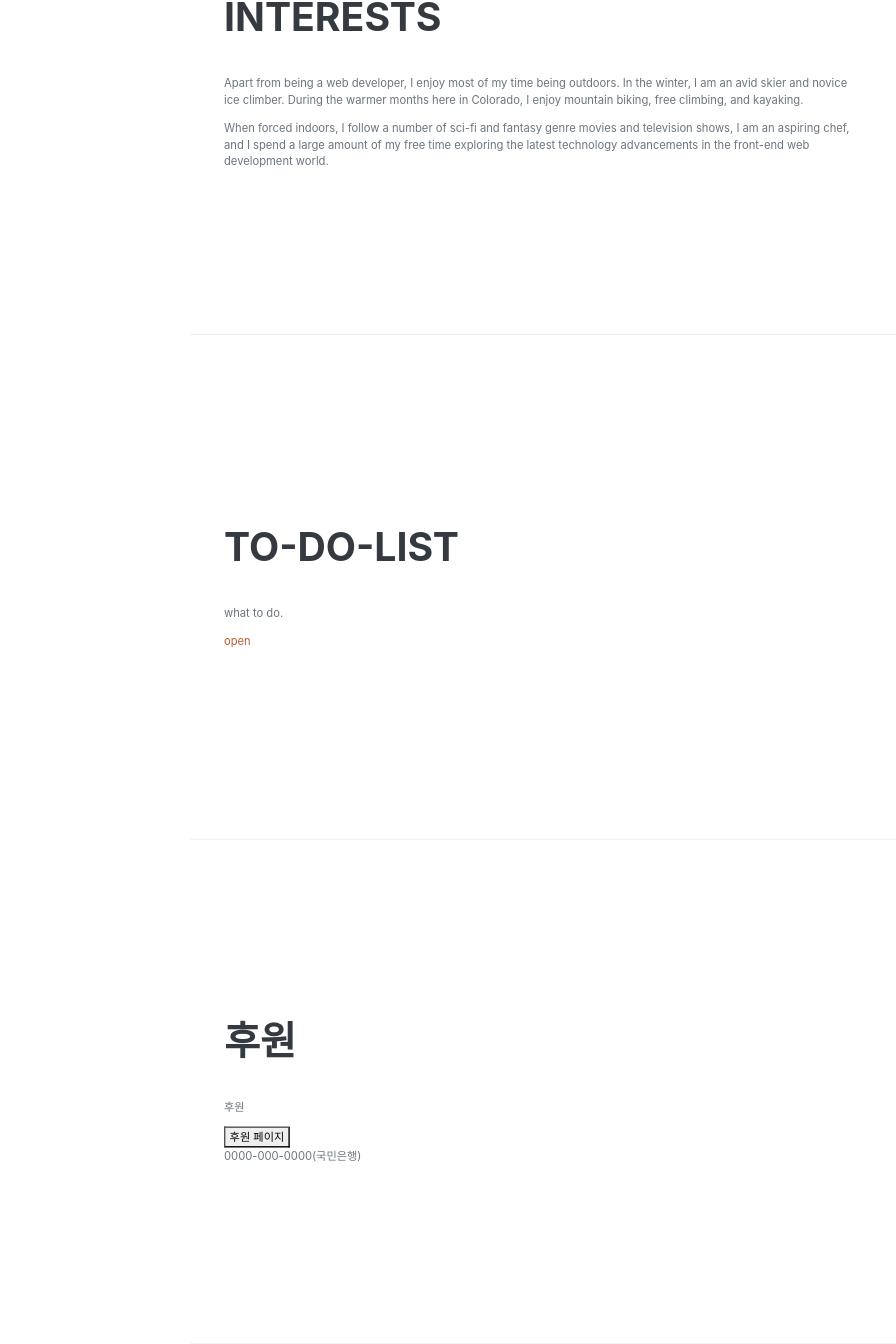
Repository: minsuk1/portfolio
Page: index.html
These files come from the project's save history. The page is drawn as it stood at one moment and after a run of saves; the edit follows.
The browser window is 1280 px wide. The pictures show the part of the page from y = 3396 to 5316 px (the page is 5316 px tall), at 70% of full size.
Some web fonts or font styles are not loaded; a fallback is used.

Above is the page before, as saved 2021-01-01 11:48:14.

### index.html
<!DOCTYPE html>
<html lang="en">
    <head>
        <meta charset="utf-8" />
        <link rel="icon" type="image/x-icon" href="assets/img/favicon.ico" />
        <!-- Font Awesome icons (free version)-->
        <script src="https://use.fontawesome.com/releases/v5.15.1/js/all.js" crossorigin="anonymous"></script>
        <!-- Google fonts-->
        <link href="https://fonts.googleapis.com/css?family=Saira+Extra+Condensed:500,700" rel="stylesheet" type="text/css" />
        <link href="https://fonts.googleapis.com/css?family=Muli:400,400i,800,800i" rel="stylesheet" type="text/css" />
        <!-- Core theme CSS (includes Bootstrap)-->
        <link href="css/styles.css" rel="stylesheet" />
    </head>
    <body id="page-top">
        <!-- Navigation-->
        <nav class="navbar navbar-expand-lg navbar-dark bg-primary fixed-top" id="sideNav">
            <a class="navbar-brand js-scroll-trigger" href="#page-top">
                <span class="d-none d-lg-block"><img class="img-fluid img-profile rounded-circle mx-auto mb-2" src="assets/img/profile.jpg" alt="" /></span>
            </a>
            <button class="navbar-toggler" type="button" data-toggle="collapse" data-target="#navbarSupportedContent" aria-controls="navbarSupportedContent" aria-expanded="false" aria-label="Toggle navigation"><span class="navbar-toggler-icon"></span></button>
            <div class="collapse navbar-collapse" id="navbarSupportedContent">
                <ul class="navbar-nav">
                    <li class="nav-item"><a class="nav-link js-scroll-trigger" href="#about">About</a></li>
                    <li class="nav-item"><a class="nav-link js-scroll-trigger" href="#experience">Experience</a></li>
                    <li class="nav-item"><a class="nav-link js-scroll-trigger" href="#education">Education</a></li>
                    <li class="nav-item"><a class="nav-link js-scroll-trigger" href="#skills">Skills</a></li>
                    <li class="nav-item"><a class="nav-link js-scroll-trigger" href="#interests">Interests</a></li>
                </ul>
            </div>
        </nav>
        <!-- Page Content-->
        <div class="container-fluid p-0">
            <!-- About-->
            <section class="resume-section" id="about">
                <div class="resume-section-content">
                    <h1 class="mb-0">
                        Portfolio
                        <span class="text-primary">오민석</span>
                    </h1>
                    <div class="subheading mb-5">
                                  010-6265-6918
                        <a href="mailto:name@email.com">palt1230@email.com</a>
                    </div>
                    <p class="lead mb-5"></p>
                    <div class="social-icons">
                        <a class="social-icon" href="https://github.com/minsuk1"><i class="fab fa-github"></i></a>
                        <a class="social-icon" href="https://velog.io/@minsuk"><i class="fas fa-envelope-open-text"></i></i></a>
                        <a class="social-icon" href="#"><i class="fab fa-facebook-f"></i></a>
                    </div>
                </div>
            </section>
            <hr class="m-0" />
            <!-- Experience-->
            <section class="resume-section" id="experience">
                <div class="resume-section-content">
                    <h2 class="mb-5">Experience</h2>
                    <div class="d-flex flex-column flex-md-row justify-content-between mb-5">
                        <div class="flex-grow-1">
                            <h3 class="mb-0">삼정KPMG 인턴</h3>
                            <div class="subheading mb-3">Data Engineer</div>
                            <ul>
                                <li>데이터 ETL : MSSQL에서 데이터 전처리</li>
                                <li>QA : 사내 AI 감사 솔루션 플랫폼(Clara) QA</li>
                            </ul>

                        </div>
                        <div class="flex-shrink-0"><span class="text-primary">2020년 12월 ~ 현재</span></div>
                    </div>
                    <div class="d-flex flex-column flex-md-row justify-content-between mb-5">
                        <div class="flex-grow-1">
                            <h3 class="mb-0">핀테크 교육</h3>
                            <div class="subheading mb-3">대외 교육</div>
                            <p>4차 산업혁명 시대에 맞는 코스콤 수행, 금융위원회 주관 핀테크 교육</p>
                        </div>
                        <div class="flex-shrink-0"><span class="text-primary">2020년 7월 ~ 2020년 8월</span></div>
                    </div>
                    <div class="d-flex flex-column flex-md-row justify-content-between mb-5">
                        <div class="flex-grow-1">
                            <h3 class="mb-0">텍스트 마이닝 연구실</h3>
                            <div class="subheading mb-3">학부연구생</div>
                            <ul>
                                <li>Amazon, E-bay 등에서 아이폰 및 갤럭시 전 기종 크롤링 및 전처리</li>
                                <li>휴대폰 관련 감성사전 구축 및 수정</li>
                            </ul>
                        </div>
                        <div class="flex-shrink-0"><span class="text-primary">2019년 9월 ~ 2020년 7월</span></div>
                    </div>
                    <div class="d-flex flex-column flex-md-row justify-content-between">
                        <div class="flex-grow-1">
                            <h3 class="mb-0">비타민(빅데이터 동아리)</h3>
                            <div class="subheading mb-3">Shout! Media Productions</div>
                            <p>R과 파이썬을 통한 데이터 분석 및 머신러닝 교육 및 프로젝트 진행</p>
                        </div>
                        <div class="flex-shrink-0"><span class="text-primary">2019년 9월 ~ 2020년 7월</span></div>
                    </div>
                </div>
            </section>
            <hr class="m-0" />
            <!-- Education-->
            <section class="resume-section" id="education">
                <div class="resume-section-content">
                    <h2 class="mb-5">Education</h2>
                    <div class="d-flex flex-column flex-md-row justify-content-between mb-5">
                        <div class="flex-grow-1">
                            <h3 class="mb-0">숭실대학교</h3>
                            <div class="subheading mb-3">학사</div>
                            <div>산업정보시스템공학과</div>
                            <p>GPA: 4.07</p>
                        </div>
                        <div class="flex-shrink-0"><span class="text-primary">August 2006 - May 2010</span></div>
                    </div>
                </div>
            </section>
            <hr class="m-0" />
            <!-- Skills-->
            <section class="resume-section" id="skills">
                <div class="resume-section-content">
                    <h2 class="mb-5">Skills</h2>
                    <div class="subheading mb-3">Programming Languages & Tools</div>
                    <ul class="list-inline dev-icons">
                        <li class="list-inline-item"><i class="fab fa-html5"></i></li>
                        <li class="list-inline-item"><i class="fab fa-css3-alt"></i></li>
                        <li class="list-inline-item"><i class="fab fa-js-square"></i></li>
                        <li class="list-inline-item"><i class="fab fa-python"></i></li>
                        <li class="list-inline-item"><i class="fab fa-r-project"></i></li>
                        <li class="list-inline-item"><i class="fab fa-node-js"></i></li>
                        <li class="list-inline-item"><i class="fas fa-database"></i></li>
                        <li class="list-inline-item"><i class="fab fa-aws"></i></li>
                    </ul>
                    <div class="subheading mb-3">Workflow</div>
                    <ul class="fa-ul mb-0">
                        <li>
                            <span class="fa-li"><i class="fas fa-check"></i></span>
                            AWS 아키텍처 설계
                        </li>
                        <li>
                            <span class="fa-li"><i class="fas fa-check"></i></span>
                            node.js를 활용한 웹개발
                        </li>
                        <li>
                            <span class="fa-li"><i class="fas fa-check"></i></span>
                            MSSQL을 활용한 ETL
                        </li>
                        <li>
                            <span class="fa-li"><i class="fas fa-check"></i></span>
                            python, R을 활용한 데이터 분석
                        </li>
                    </ul>
                </div>
            </section>
            <hr class="m-0" />
            <!-- Interests-->
            <section class="resume-section" id="interests">
                <div class="resume-section-content">
                    <h2 class="mb-5">Interests</h2>
                    <p>Apart from being a web developer, I enjoy most of my time being outdoors. In the winter, I am an avid skier and novice ice climber. During the warmer months here in Colorado, I enjoy mountain biking, free climbing, and kayaking.</p>
                    <p class="mb-0">When forced indoors, I follow a number of sci-fi and fantasy genre movies and television shows, I am an aspiring chef, and I spend a large amount of my free time exploring the latest technology advancements in the front-end web development world.</p>
                </div>
            </section>
            <hr class="m-0" />

            <!-- To do list-->
            <section class="resume-section" id="to-do-list">
                <div class="resume-section-content">
                    <h2 class="mb-5">to-do-list</h2>
                    <p>what to do.</p>
                    <a href="#" data-popup-open="example">open</a>
                    <div class="popup" data-popup="example">
                        <div class="popup-inner">
                        <div class="popup-contents">
                        <a class="popup-close" data-popup-close="example" href="#">X</a>
                        할일
                        </div>
                        </div>
                    </div>
                </div>
            </section>
            <hr class="m-0" />


            <!-- 후원-->
            <section class="resume-section" id="to-do-list">
                <div class="resume-section-content">
                    <h2 class="mb-5">후원</h2>
                    <p>후원</p>
                    <button id='tnToggle'>후원 페이지</button>
                    <div>0000-000-0000(국민은행)</div>
                </div>
            </section>
            <hr class="m-0" />



        </div>
        <!-- Bootstrap core JS-->
        <script src="https://cdnjs.cloudflare.com/ajax/libs/jquery/3.5.1/jquery.min.js"></script>
        <script src="https://cdn.jsdelivr.net/npm/bootstrap@4.5.3/dist/js/bootstrap.bundle.min.js"></script>
        <!-- Third party plugin JS-->
        <script src="https://cdnjs.cloudflare.com/ajax/libs/jquery-easing/1.4.1/jquery.easing.min.js"></script>
        <!-- Core theme JS-->
        <script src="js/scripts.js"></script>
    </body>
</html>

### js/scripts.js
/*!
    * Start Bootstrap - Resume v6.0.2 (https://startbootstrap.com/theme/resume)
    * Copyright 2013-2020 Start Bootstrap
    * Licensed under MIT (https://github.com/StartBootstrap/startbootstrap-resume/blob/master/LICENSE)
    */
    (function ($) {
    "use strict"; // Start of use strict

    // Smooth scrolling using jQuery easing
    $('a.js-scroll-trigger[href*="#"]:not([href="#"])').click(function () {
        if (
            location.pathname.replace(/^\//, "") ==
                this.pathname.replace(/^\//, "") &&
            location.hostname == this.hostname
        ) {
            var target = $(this.hash);
            target = target.length
                ? target
                : $("[name=" + this.hash.slice(1) + "]");
            if (target.length) {
                $("html, body").animate(
                    {
                        scrollTop: target.offset().top,
                    },
                    1000,
                    "easeInOutExpo"
                );
                return false;
            }
        }
    });

    // Closes responsive menu when a scroll trigger link is clicked
    $(".js-scroll-trigger").click(function () {
        $(".navbar-collapse").collapse("hide");
    });

    // Activate scrollspy to add active class to navbar items on scroll
    $("body").scrollspy({
        target: "#sideNav",
    });
})(jQuery); // End of use strict


$(function() {
    //----- OPEN
    $('[data-popup-open]').on('click', function(e)  {
        var targeted_popup_class = jQuery(this).attr('data-popup-open');
        $('[data-popup="' + targeted_popup_class + '"]').fadeIn(350);

        e.preventDefault();
    });

    //----- CLOSE
    $('[data-popup-close]').on('click', function(e)  {
        var targeted_popup_class = jQuery(this).attr('data-popup-close');
        $('[data-popup="' + targeted_popup_class + '"]').fadeOut(350);

        e.preventDefault();
    });
});



$(function() {
    $("#btnToggle").on("click", function() {
        $("div").toggle();
    });
  });

Loaded but not shown: css/styles.css (library)

After the next 2 saves:
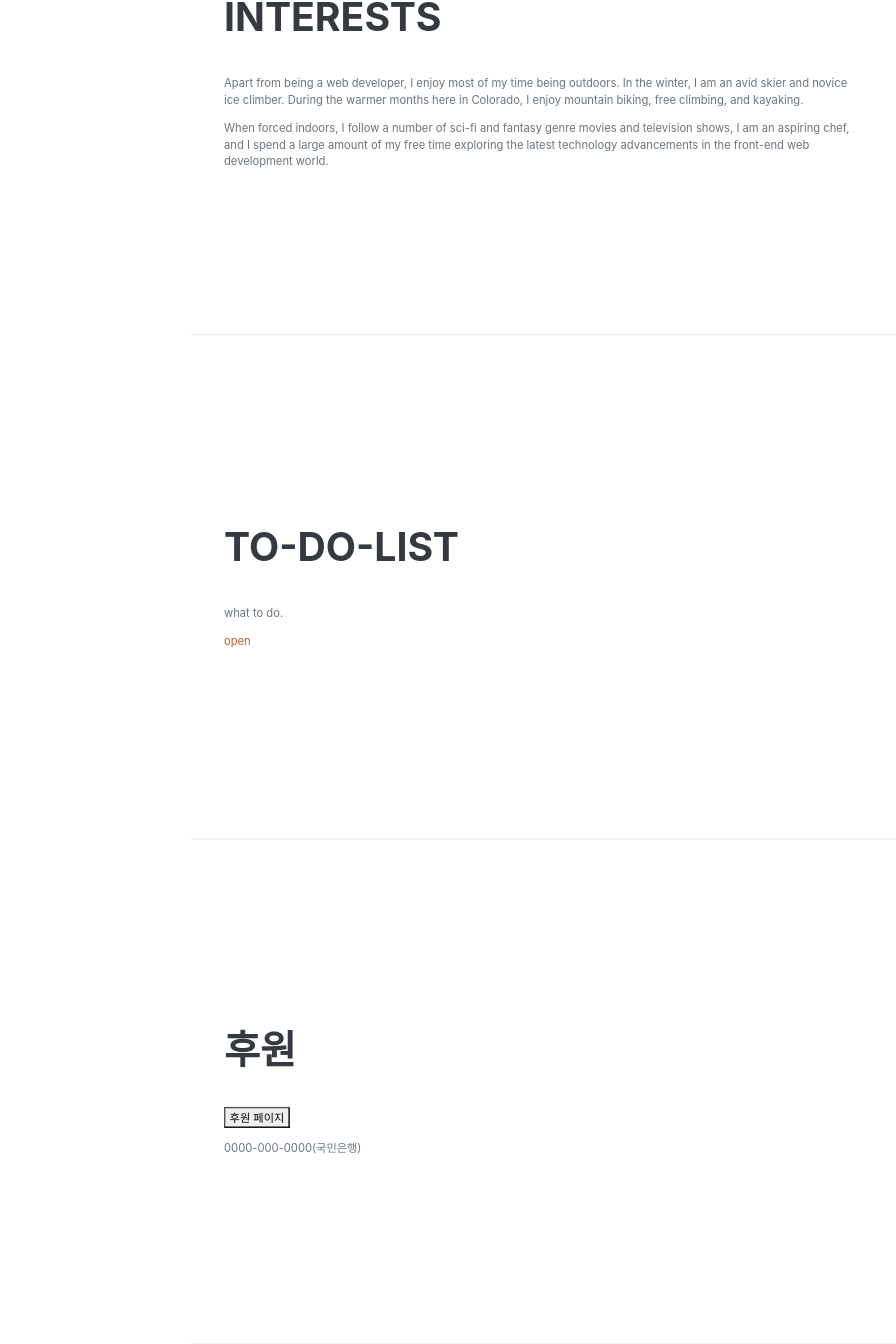
The 2 saves are shown as one change because they came seconds apart.
The last was saved 56 s later.
--- a/index.html
+++ b/index.html
@@ -182,8 +182,9 @@
             <section class="resume-section" id="to-do-list">
                 <div class="resume-section-content">
                     <h2 class="mb-5">후원</h2>
-                    <p>후원</p>
-                    <button id='tnToggle'>후원 페이지</button>
+                    <p>
+                        <button id='tnToggle'>후원 페이지</button>
+                    </p>
                     <div>0000-000-0000(국민은행)</div>
                 </div>
             </section>
